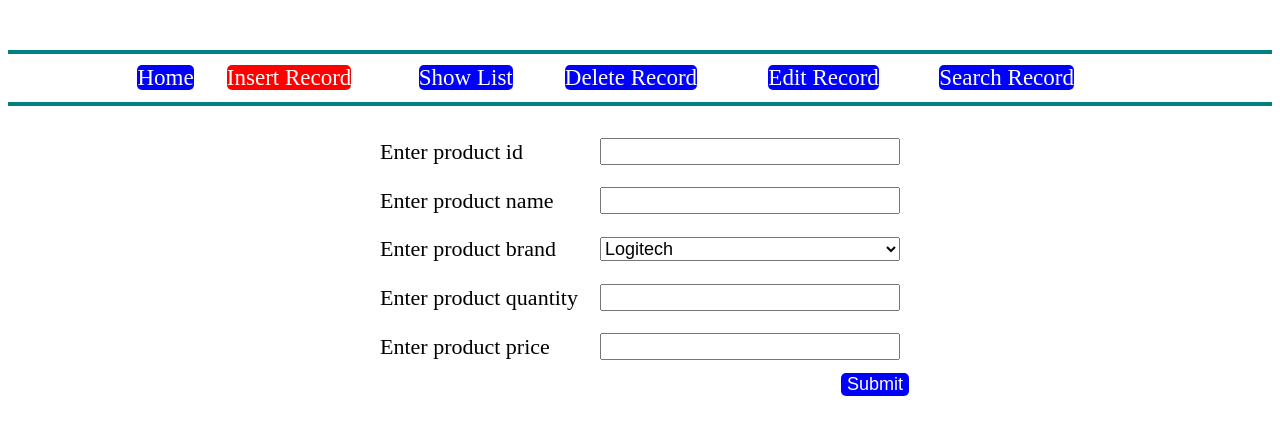
Repository: nikunj-var/Advance_Java
Page: http://localhost/product_management/insert.jsp
These files come from the project's save history. The page is drawn as it stood at one moment and after the next save; the edit follows.
The browser window is 1280 px wide. The pictures show the whole page.
The page is served by Tomcat 10. Other server files are loaded and not shown.

Above is the page before, as saved 2023-07-21 06:56:14.

### product_management/src/main/webapp/insert.jsp
<%@ include file = "navbar.jsp"%>
<html>
	<body onload = makeActive("save")>
	<form action = "save-record.jsp" method = "post">
		<table class='table'>
			<tr >
				<td class='tabledata'>Enter product id</td>
				<td class='tabledata'>
					<input type="text" class="textbox" id = "id" name="id" onblur=checkvalue(this)><br>
					<span id="spanid"></span>
				</td>
			</tr>
			<tr >
				<td class='tabledata'>Enter product name</td>
				<td class='tabledata'><input type="text" class="textbox" id = "name" name="name" onblur=checkvalue(this)><br>
					<span id="spanname"></span></td>
			</tr>
			<tr >
				<td class='tabledata'>Enter product brand</td>
				<td class='tabledata'>
					<select class='textbox' name='brand' id = "brand">
						<option>Logitech</option>
						<option>Dell</option>
						<option>Apple</option>
						<option>Samsung</option>
						<option>Micromax</option>
						<option>Mi</option>
					</select>
				</td>
			</tr>
			<tr >
				<td class='tabledata'>Enter product quantity</td>
				<td class='tabledata'><input type="text" class="textbox" name="quantity" id = "quantity" onblur=checkvalue(this)><br>
					<span id="spanquantity"></span></td>
			</tr>
			<tr >
				<td class='tabledata'>Enter product price</td>
				<td class='tabledata'><input type="text" class="textbox" id = "price"  name="price" onblur=checkvalue(this)><br>
					<span id="spanprice"></span></td>
			</tr>
			<tr>
				<td colspan = '2' align='right'>
					<button class='button' onclick="return validateInput()" type="submit">Submit</button>
				</td>
			</tr>
		</table>
	</form>

	</body>
</html>

### product_management/src/main/webapp/navbar.jsp

<html>
	<head>
		<link rel='stylesheet' href='CSS/style.css'>
		<script src = "JS/script.js"></script>
	</head>
	<body >
		<div class='div'>
			<hr style='border:2px solid teal;'>
			<table style='margin:auto; width:80%;' class='table'>
				<tr>
					<td><a id="home"  href= '/product_management' class='btr'>Home</a></td>
					<td><a id="save"  href= 'insert.jsp' class='btr'>Insert Record</a></td>
					<td><a  id="list" href= '#' class='btr'>Show List</a></td>
					<td><a  id="delete" href= '#' class='btr'>Delete Record</a></td>
					<td><a  id="edit" href= '#' class='btr'>Edit Record</a></td>
					<td><a  id="search" href= '#' class='btr'>Search Record</a></td>
				</tr>
			</table>
			<hr style='border:2px solid teal;'>
		</div>

	</body>
</html>

### product_management/src/main/webapp/CSS/style.css
.div{
	text-align: center;
	margin-top: 50px;
}

.btr{
	color: white;
	background-color: blue;
	padding-top: 5px 15px;
	border-radius: 5px;
	text-decoration: none;
	font-size: 23px;
}
.btr:hover{
	background-color: gray;
}
.table{
	margin: auto;
	margin-top: 20px;
	font-size: 22px;
	border:none
}
.textbox{
	font-size: 18px;
	width: 300px;
}
.button{
	color: white;
	background-color: blue;
	padding-top: 5px 15px;
	border-radius: 5px;
	font-size: 18px;
	border: none;
}
.tabledata{
	padding: 10px;
}
.spanid{
	font-size: 10px;
	color: red;
}

### product_management/src/main/webapp/JS/script.js
/*function makeActive(){

	var an = document.getElementById("home")

	an.style.backgroundColor = "red";


}*/
function makeActive(linkid){
	var an = document.getElementById(linkid)
	an.style.backgroundColor = "red";
}

function validateInput(){
	var flag = true;
	if(document.getElementById("id").value == ""){
		document.getElementById("spanid").innerHTML =  "Product id is required";
		document.getElementById("spanid").style.color = "red";
		document.getElementById("spanid").style.fontSize = "14px";
		flag = false;
	}
	else{
		document.getElementById("spanid").innerHTML =  "";
	}
	if(document.getElementById("name").value == ""){
		document.getElementById("spanname").innerHTML =  "Product name is required";
		document.getElementById("spanname").style.color = "red";
		document.getElementById("spanname").style.fontSize = "14px";
		flag = false;
	}
	else{
		document.getElementById("spanname").innerHTML =  "";
	}
	if(document.getElementById("price").value == ""){
		document.getElementById("spanprice").innerHTML =  "Product price is required";
		document.getElementById("spanprice").style.color = "red";
		document.getElementById("spanprice").style.fontSize = "14px";
		flag = false;
	}
	else{
		document.getElementById("spanprice").innerHTML =  "";
	}
	if(document.getElementById("quantity").value == ""){
		document.getElementById("spanquantity").innerHTML =  "Product quantity is required";
		document.getElementById("spanquantity").style.color = "red";
		document.getElementById("spanquantity").style.fontSize = "14px";
		flag = false;
	}
	else{
		document.getElementById("spanquantity").innerHTML =  "";
	}
	return flag;
}

After the next save:
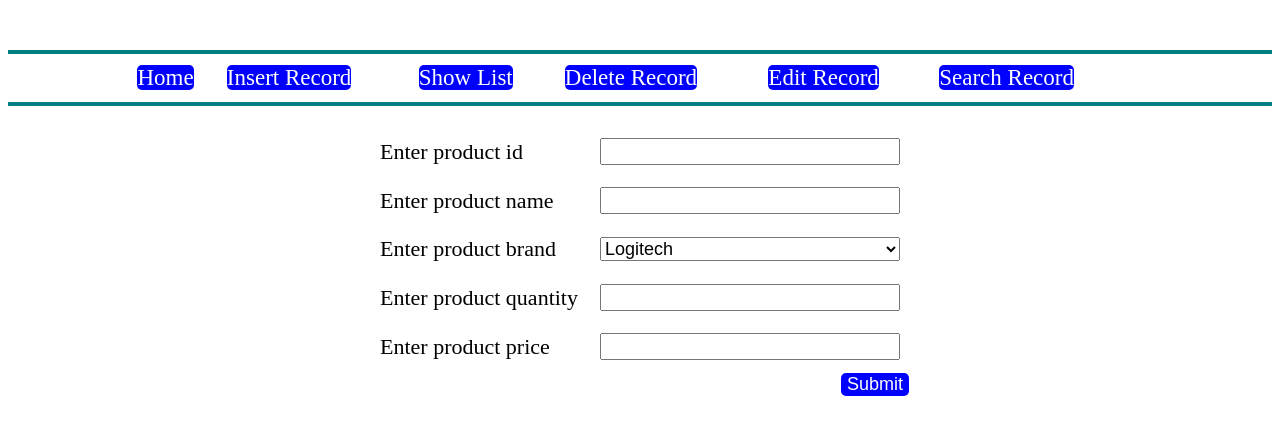
Console error: SyntaxError: Unexpected token '='
Saved 1 s later.
--- a/product_management/src/main/webapp/JS/script.js
+++ b/product_management/src/main/webapp/JS/script.js
@@ -51,3 +51,7 @@ function validateInput(){
 	}
 	return flag;
 }
+
+function checkvalue(id){
+	if(id.value = =)
+}

After the save that followed:
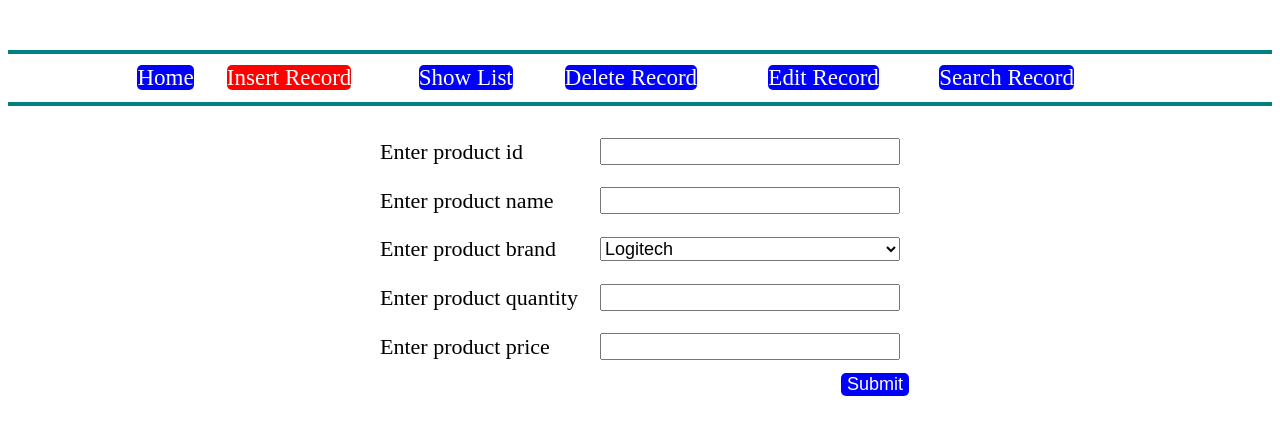
The error is gone.
Saved 34 s later.
--- a/product_management/src/main/webapp/JS/script.js
+++ b/product_management/src/main/webapp/JS/script.js
@@ -53,5 +53,10 @@ function validateInput(){
 }
 
 function checkvalue(id){
-	if(id.value = =)
+	if(id.value == ""){
+		document.getElementById("spanid").innerHTML =  "Product id is required";
+	}
+	else{
+		document.getElementById("spanid").innerHTML =  "";
+	}
 }
